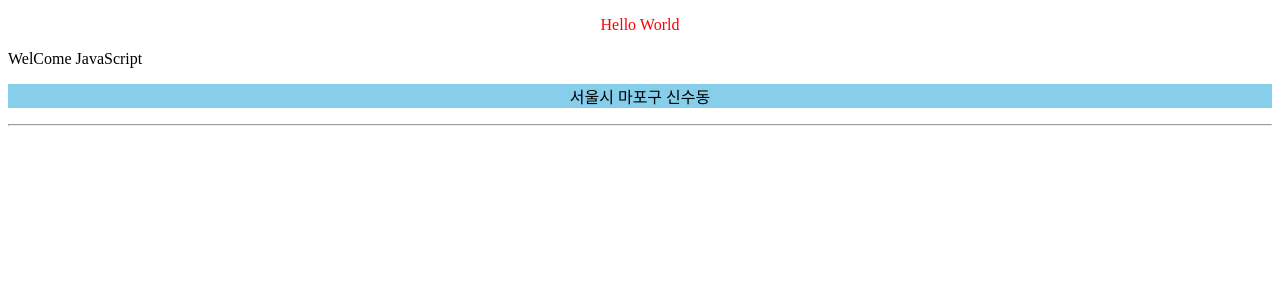
Repository: shinsil0601/webstudy
Page: 03_JavaScript/src/main/webapp/day03/ex09_DOM.html
The author's editor kept a copy of each file at every save. The page is drawn from the files as they stood at one save, then again after the next save.
The browser window is 1280 px wide. The pictures show the whole page.

Above is the page before, as saved 2023-06-29 06:15:38.

### 03_JavaScript/src/main/webapp/day03/ex09_DOM.html
<!DOCTYPE html>
<html>
<head>
<meta charset="UTF-8">
<title>Insert title here</title>
</head>
<body>
 <p id="demo1">Hello World</p>
 <p><span id="demo2">WelCome JavaScript</span></p>
 <p id="demo3">서울시 마포구 신수동</p>
 <hr>

 <script type="text/javascript">
 	// html 요소 변경하기
 	// 내용(텍스트=content) 내용을 가져오거나 설정 : innerHTML
 	// 속성 가져오기 => getAttribute("속성명");
 	// 속성 설정하기 => setAttribute("속성명", "값");
 	// css를 이용해서 속성 설정하기 : style.속성명 = "값";
 	document.getElementById("demo1").innetHTML = "<h2>KOREA SEOUL</h2>";
 	document.getElementById("demo1").align = "center";
 	document.getElementById("demo3").setAttribute("align","center");

 	document.getElementById("demo1").style.color = "red";
 	document.getElementById("demo3").style.backgroundColor = "skyblue";








 </script>
</body>
</html>

After the next save:
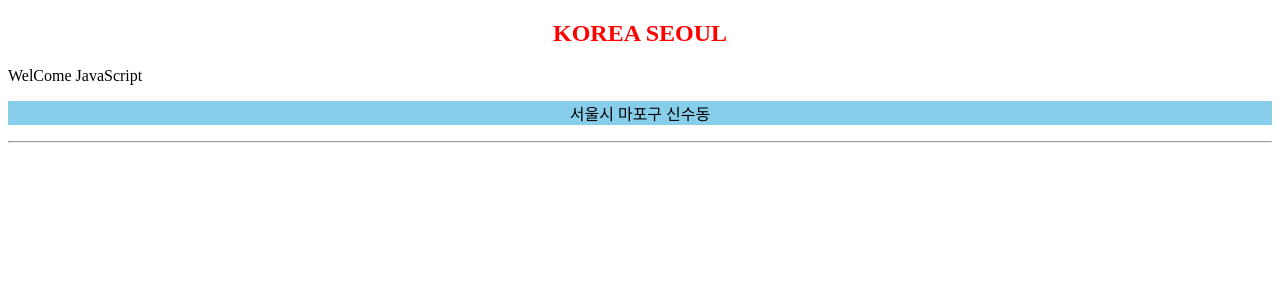
Saved 113 s later.
--- a/03_JavaScript/src/main/webapp/day03/ex09_DOM.html
+++ b/03_JavaScript/src/main/webapp/day03/ex09_DOM.html
@@ -16,7 +16,7 @@
  	// 속성 가져오기 => getAttribute("속성명");
  	// 속성 설정하기 => setAttribute("속성명", "값");
  	// css를 이용해서 속성 설정하기 : style.속성명 = "값";
- 	document.getElementById("demo1").innetHTML = "<h2>KOREA SEOUL</h2>";
+ 	document.getElementById("demo1").innerHTML = "<h2>KOREA SEOUL</h2>";
  	document.getElementById("demo1").align = "center";
  	document.getElementById("demo3").setAttribute("align","center");
 
